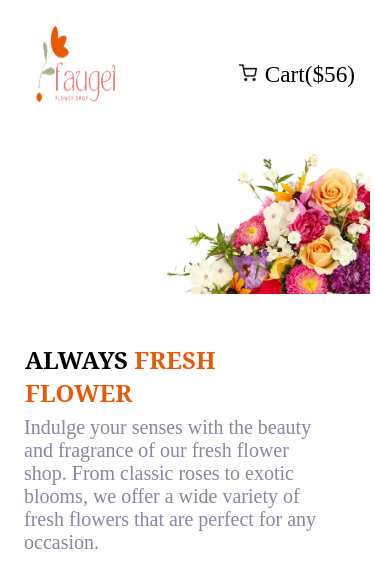
Repository: dollyrakhe22/Flowers-main-website
Page: index.html
These files come from the project's save history. The page is drawn as it stood at one moment and after the next save; the edit follows.
The browser window is 375 px wide. The pictures show the whole page.
Some web libraries are served in a nearby version.

Above is the page before, as saved 2025-07-25 10:55:28.

After the next save:
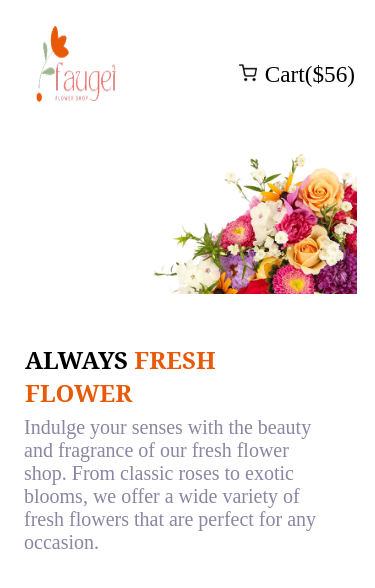
Saved 2 min 45 s later.
--- a/style.css
+++ b/style.css
@@ -379,8 +379,8 @@ input{
 
   }
   .flower-img img{
-    width: 353px;
-    margin-left: -11px;
+    width: 407px;
+    margin-left: -24px;
     max-width: 254%;
 
   }
